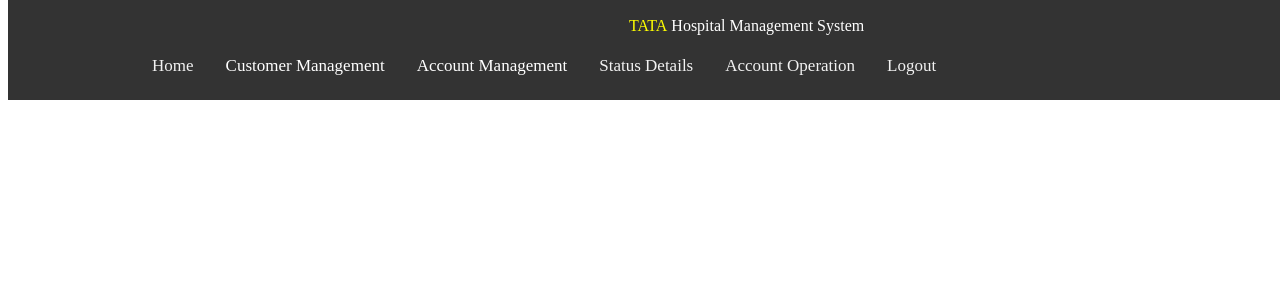
Repository: gopikavinod/RBM
Page: http://localhost/Hospital_Management_System/test.jsp
These files come from the project's save history. The page is drawn as it stood at one moment and after the next save; the edit follows.
The browser window is 1280 px wide. The pictures show the whole page.
The page is served by Tomcat 9.

Above is the page before, as saved 2020-06-27 06:31:58.

After the next save:
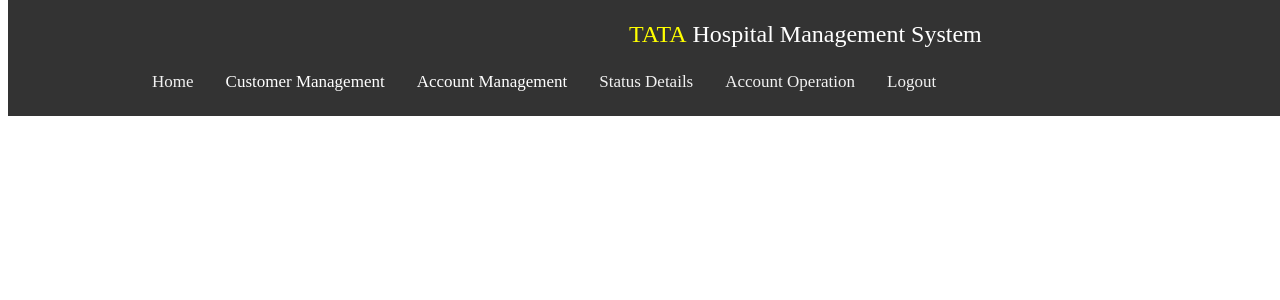
Saved 2 min 27 s later.
--- a/eclipse-workspace/Hospital Management System/WebContent/test.jsp
+++ b/eclipse-workspace/Hospital Management System/WebContent/test.jsp
@@ -43,9 +43,11 @@
     {
     color:yellow;
     line-height: 0px;
+    font-size: x-large;
     }
     span.name{
     	color:white;
+    	font-size: x-large;
     }
     tr
     {
